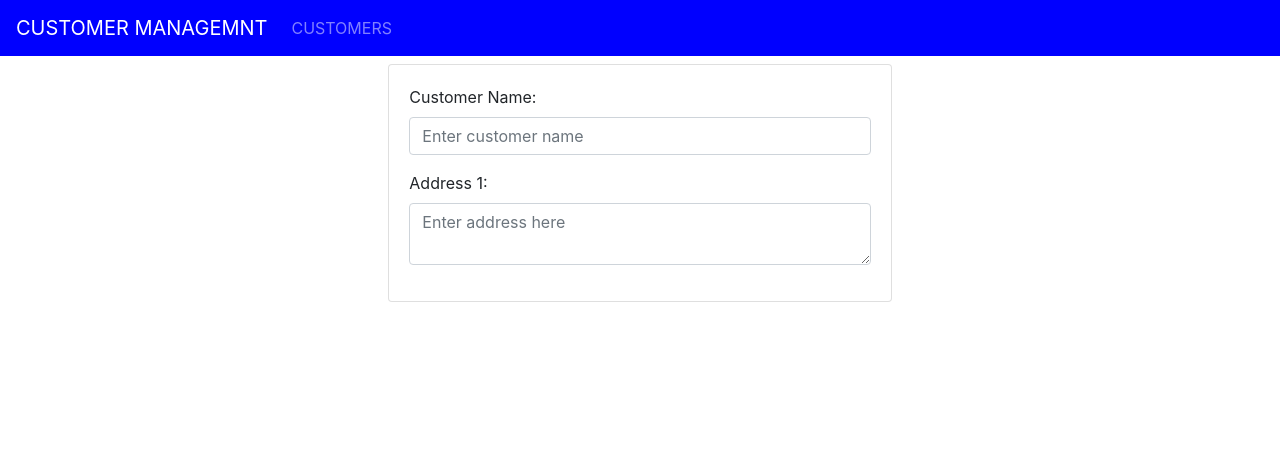
Repository: shruti-2522/webdirekt-assignment
Page: http://localhost/Customer-Project/customer-form.jsp
The author's editor kept a copy of each file at every save. The page is drawn from the files as they stood at one save, then again after the next save.
The browser window is 1280 px wide. The pictures show the whole page.
The page is served by Tomcat 9. Other server files are loaded and not shown.

Above is the page before, as saved 2021-07-05 10:36:35.

### Customer-Project/src/main/webapp/customer-form.jsp
<%@ page language="java" contentType="text/html; charset=ISO-8859-1"
	pageEncoding="ISO-8859-1"%>
<!DOCTYPE html>
<html>
<head>
<meta charset="ISO-8859-1">
<title>Add Customer</title>
<link rel="stylesheet"
	href="https://cdn.jsdelivr.net/npm/bootstrap@4.5.3/dist/css/bootstrap.min.css"
	integrity="sha384-TX8t27EcRE3e/ihU7zmQxVncDAy5uIKz4rEkgIXeMed4M0jlfIDPvg6uqKI2xXr2"
	crossorigin="anonymous">
</head>
<body>

	<header>
		<nav class="navbar navbar-expand-md navbar-dark"
			style="background-color: blue">
			<div>
				<a class="navbar-brand">CUSTOMER MANAGEMNT</a>
			</div>

			<ul class="navbar-nav">
				<li><a href="<%=request.getContextPath()%>/list"
					class="nav-link">CUSTOMERS</a></li>
			</ul>
		</nav>


	</header>

	<div class="container col-md-5 mt-2">
		<div class="card">
			<div class="card-body">

				<fieldset class="form-group">
					<label>Customer Name:</label> <input type="text"
						class="form-control" placeholder="Enter customer name" name="name"
						required>
				</fieldset>


				<fieldset class="form-group">
					<label>Address 1:</label>
					<textarea class="form-control" name="addr1" placeholder="Enter address here" ></textarea>
			</fieldset>



			</div>

		</div>
	</div>




</body>
</html>

After the next save:
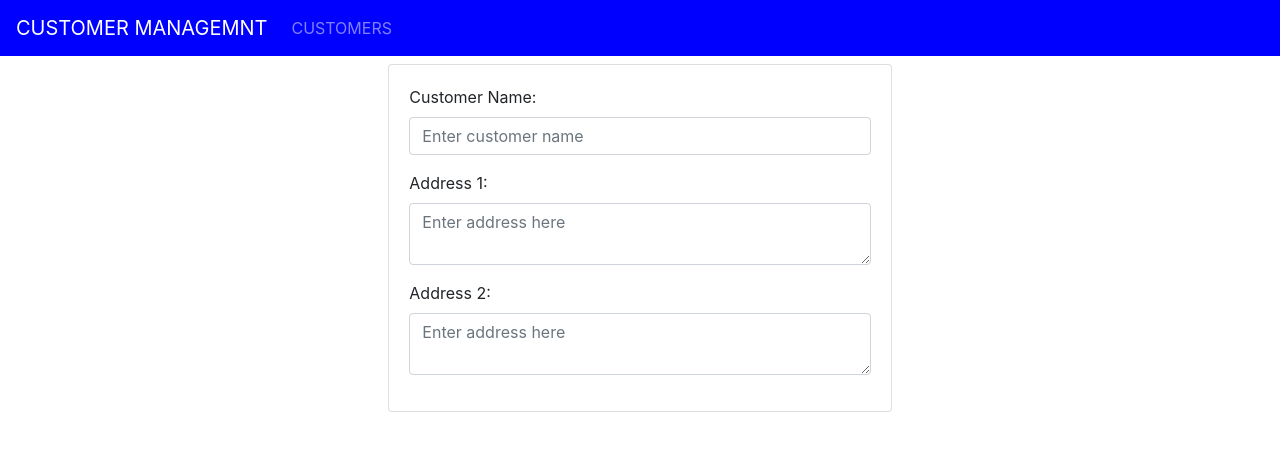
Saved 22 s later.
--- a/Customer-Project/src/main/webapp/customer-form.jsp
+++ b/Customer-Project/src/main/webapp/customer-form.jsp
@@ -46,6 +46,13 @@
 
 
 
+				<fieldset class="form-group">
+					<label>Address 2:</label>
+					<textarea class="form-control" name="addr2" placeholder="Enter address here" ></textarea>
+			</fieldset>
+
+
+
 			</div>
 
 		</div>
